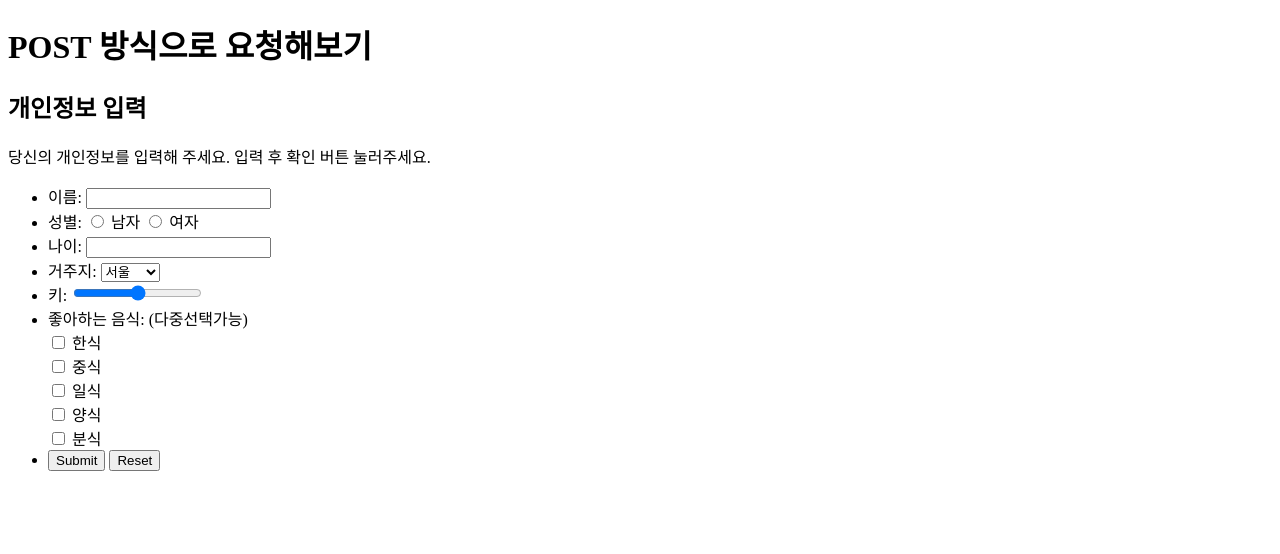
Repository: 1400CP/05_server-workspace1
Page: 1_Servlet/WebContent/views/requestTest_POST.html
The author's editor kept a copy of each file at every save. The page is drawn from the files as they stood at one save, then again after the next save.
The browser window is 1280 px wide. The pictures show the whole page.

Above is the page before, as saved 2025-02-14 03:45:34.

### 1_Servlet/WebContent/views/requestTest_POST.html
<!DOCTYPE html>
<html>
<head>
<meta charset="UTF-8">
<title>Insert title here</title>
</head>
<body>

<h1>POST 방식으로 요청해보기</h1>



<h2>개인정보 입력</h2>
<p>당신의 개인정보를 입력해 주세요. 입력 후 확인 버튼 눌러주세요.</p>


	<form action="/1_Servlet/test2.do" method="POST">
		<!-- ul>li*7 -->
		<ul>
			<li>
				이름: <input type="text" name="name">
			</li>
			<li>
				<!-- 라디오는 밸류값을 써줘야 DB에서 확인 가능 -->
				성별:
				<input type="radio" name="gender" value="M"> 남자
				<input type="radio" name="gender" value="F"> 여자
			</li>
			<li>
				나이: <input type="number" name="age">
			</li>
			<li>
				거주지:
				<select name="city">
					<option>서울</option>
					<option>경기도</option>
					<option>강원도</option>
					<option>충청도</option>
					<option>경상도</option>
					<option>전라도</option>
				</select>
			</li>
			<li>
				키: <input type="range" name="height" min="140" max="200">
			</li>
			<li>
				좋아하는 음식: (다중선택가능)  <br>
				<input type="checkbox" name="food" value="한식"> 한식 <br>
				<input type="checkbox" name="food" value="중식"> 중식 <br>
				<input type="checkbox" name="food" value="일식"> 일식 <br>
				<input type="checkbox" name="food" value="양식"> 양식 <br>
				<input type="checkbox" name="food" value="분식"> 분식 <br>
			</li>
			<li>
				<input type="submit">
				<input type="reset">
			</li>
		</ul>
	</form>


</body>
</html>

After the next save:
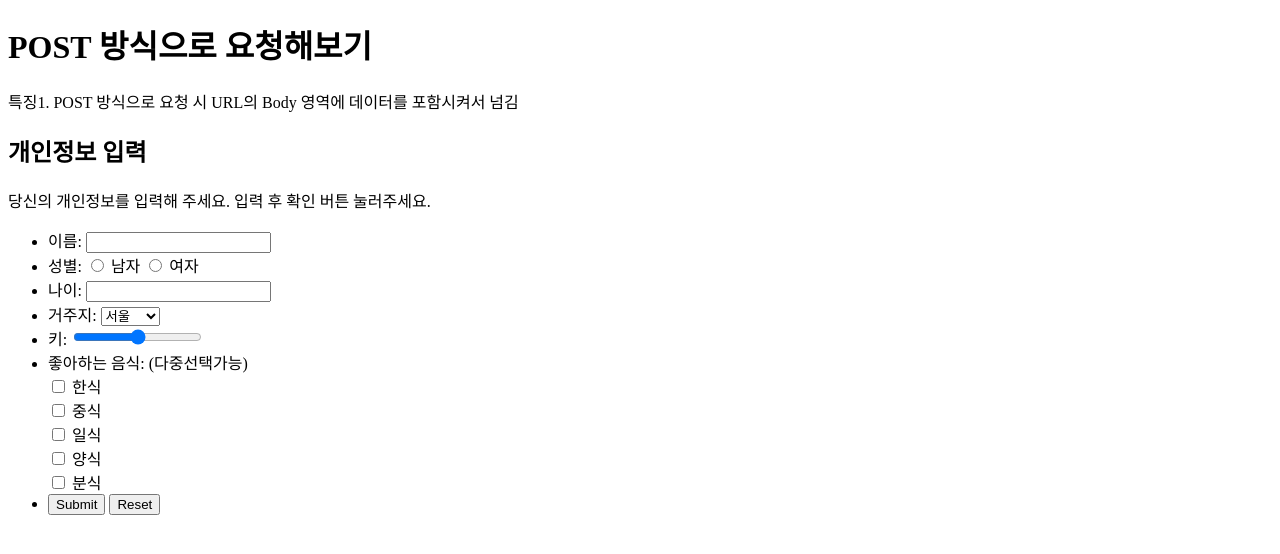
Saved 32 s later.
--- a/1_Servlet/WebContent/views/requestTest_POST.html
+++ b/1_Servlet/WebContent/views/requestTest_POST.html
@@ -8,7 +8,10 @@
 
 <h1>POST 방식으로 요청해보기</h1>
 
+<p>
+	특징1. POST 방식으로 요청 시 URL의 Body 영역에 데이터를 포함시켜서 넘김 <br>
 
+</p>
 
 <h2>개인정보 입력</h2>
 <p>당신의 개인정보를 입력해 주세요. 입력 후 확인 버튼 눌러주세요.</p>
